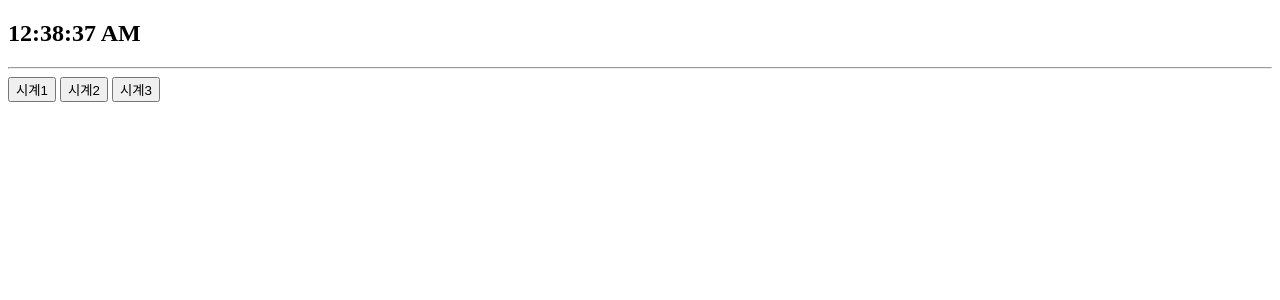
Repository: wjsjsn/23_webstudy
Page: 03_javascript/src/main/webapp/day02/Ex13_event.html
These files come from the project's save history. The page is drawn as it stood at one moment and after the next save; the edit follows.
The browser window is 1280 px wide. The pictures show the whole page.
After loading, the first visible `button[onclick="test3()"]` was clicked once.

Above is the page before, as saved 2023-06-28 05:46:39.

### 03_javascript/src/main/webapp/day02/Ex13_event.html
<!DOCTYPE html>
<html>
<head>
<meta charset="UTF-8">
<title>시계</title>
<script type="text/javascript">
	function test1() {
		var now = new Date();
		var s = now.getFullYear() + ". " + (now.getMonth() + 1) + ". " + now.getDate() +
		". " + now.getHours() + " : " + now.getMinutes() + " : " + now.getSeconds();
		document.getElementById("clock1").innerHTML = s;
	}

	function test2() {
		document.getElementById("clock2").innerHTML =  new Date();
	}

	function test3() {
		// 날짜만
		document.getElementById("clock3").innerHTML =  new Date().toLocaleDateString();
		// 시간만
		document.getElementById("clock3").innerHTML =  new Date().toLocaleTimeString();
	}

</script>
</head>
<body>
	<h2><span id="clock1"></span></h2>
	<h2><span id="clock2"></span></h2>
	<h2><span id="clock3"></span></h2>
	<hr>

	<button onclick="test1()">시계1</button>
	<button onclick="test2()">시계2</button>
	<button onclick="test3()">시계3</button>
</body>
</html>

After the next save:
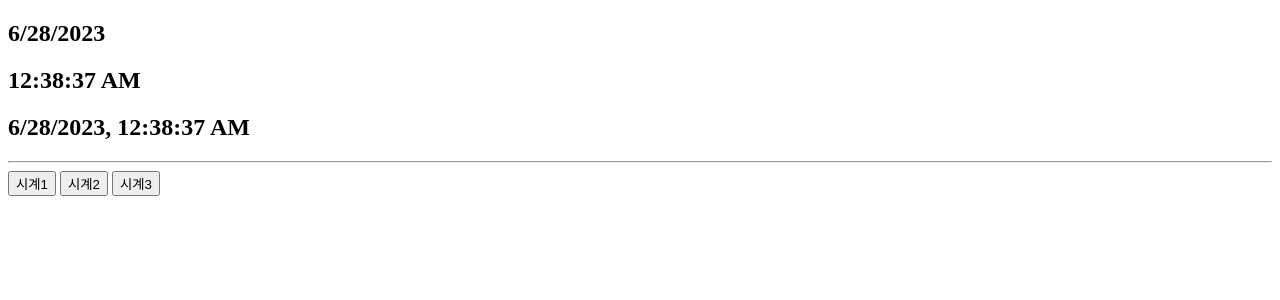
Saved 102 s later.
--- a/03_javascript/src/main/webapp/day02/Ex13_event.html
+++ b/03_javascript/src/main/webapp/day02/Ex13_event.html
@@ -19,7 +19,8 @@
 		// 날짜만
 		document.getElementById("clock3").innerHTML =  new Date().toLocaleDateString();
 		// 시간만
-		document.getElementById("clock3").innerHTML =  new Date().toLocaleTimeString();
+		document.getElementById("clock4").innerHTML =  new Date().toLocaleTimeString();
+		document.getElementById("clock5").innerHTML =  new Date().toLocaleString();
 	}
 
 </script>
@@ -28,6 +29,8 @@
 	<h2><span id="clock1"></span></h2>
 	<h2><span id="clock2"></span></h2>
 	<h2><span id="clock3"></span></h2>
+	<h2><span id="clock4"></span></h2>
+	<h2><span id="clock5"></span></h2>
 	<hr>
 
 	<button onclick="test1()">시계1</button>
